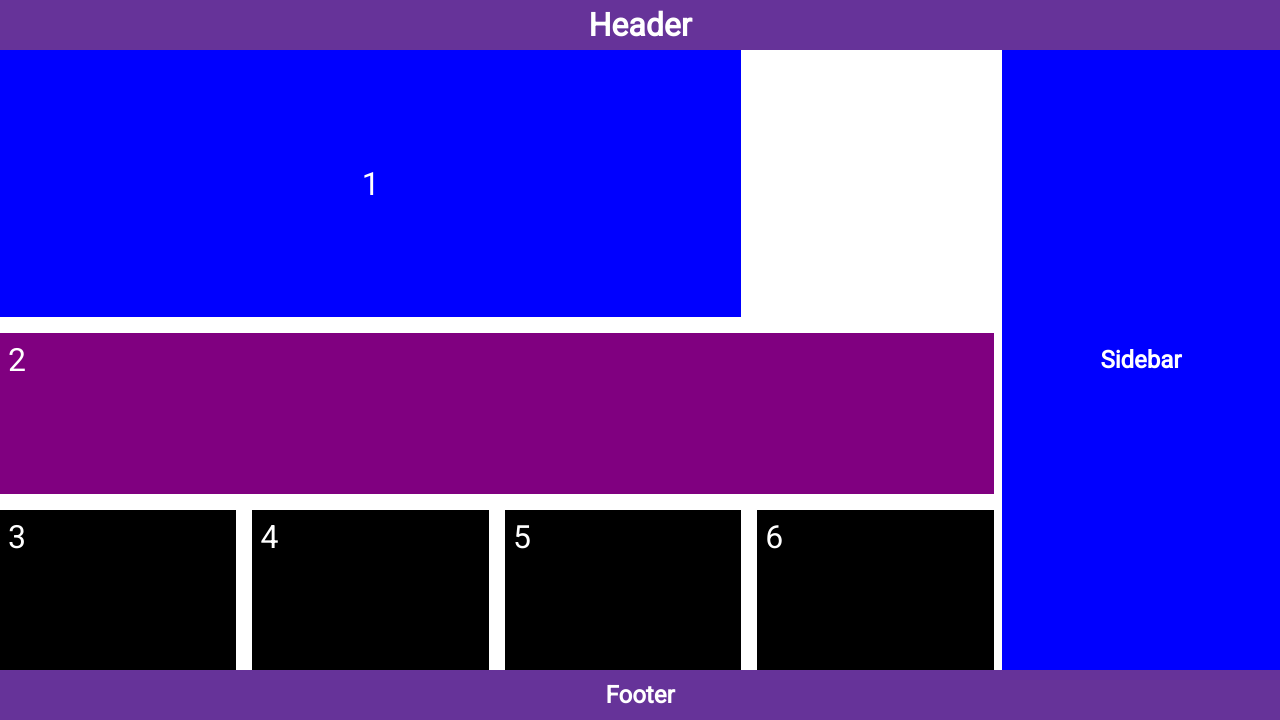
Repository: JavaProgrammerFromEastEurope/project-css-full-tutorial
Page: 15_lesson/index.html
These files come from the project's save history. The page is drawn as it stood at one moment and after the next save; the edit follows.
The browser window is 1280 px wide. The pictures show the whole page.

Above is the page before, as saved 2023-04-07 11:52:04.

### 15_lesson/index.html
<!DOCTYPE html>
<html lang="en">
  <head>
    <meta charset="UTF-8" />
    <meta http-equiv="X-UA-Compatible" content="IE=edge" />
    <meta name="viewport" content="width=device-width, initial-scale=1.0" />
    <title>CSS Grid</title>
    <link rel="stylesheet" href="css/style.css" />
  </head>

  <body>
    <header class="header el"><h1>Header</h1></header>
    <main class="container">
      <div class="box">1</div>
      <div class="box">2</div>
      <div class="box">3</div>
      <div class="box">4</div>
      <div class="box">5</div>
      <div class="box">6</div>
    </main>
    <aside class="sidebar el"><h2>Sidebar</h2></aside>
    <footer class="footer el"><h2>Footer</h2></footer>
  </body>
</html>

### 15_lesson/css/style.css
@import url('https://fonts.googleapis.com/css2?family=Roboto&display=swap');

* {
  margin: 0;
  padding: 0;
  box-sizing: border-box;
}

body {
  font-family: 'Roboto', sans-serif;
  min-height: 100vh;

  display: grid;
  grid-template-columns: repeat(9, 1fr);
  grid-auto-rows: 50px auto 50px;
  grid-template-areas:
    'hd hd hd hd hd hd hd hd hd'
    'mn mn mn mn mn mn mn sb sb'
    'ft ft ft ft ft ft ft ft ft';
  column-gap: 0.5rem;
}

.el {
  background-color: rebeccapurple;
  color: #fff;
  display: grid;
  place-content: center;
}

.header {
  grid-area: hd;
}

.sidebar {
  grid-area: sb;
  background-color: #00f;
}

.footer {
	grid-area: ft;
}

.container {
	grid-area: mn;
	min-height: 400px;
	display: grid;
	grid-template-columns: repeat(2, 1fr 2fr)
	grid-auto-rows: minmax(150px, auto);
	gap: 1rem;
}

.box {
	background-color: #000;
	color: #fff;
	font-size: 2rem;
	padding: 0.5rem;
}

.box:first-child {
	background-color: #00f;
	grid-column: 1 / 4;
	grid-row: 1 / 3;

	display: grid;
	place-content: center;
}

.box:nth-child(2) {
	background-color: purple;
	grid-column: 1 / 5
}

After the next save:
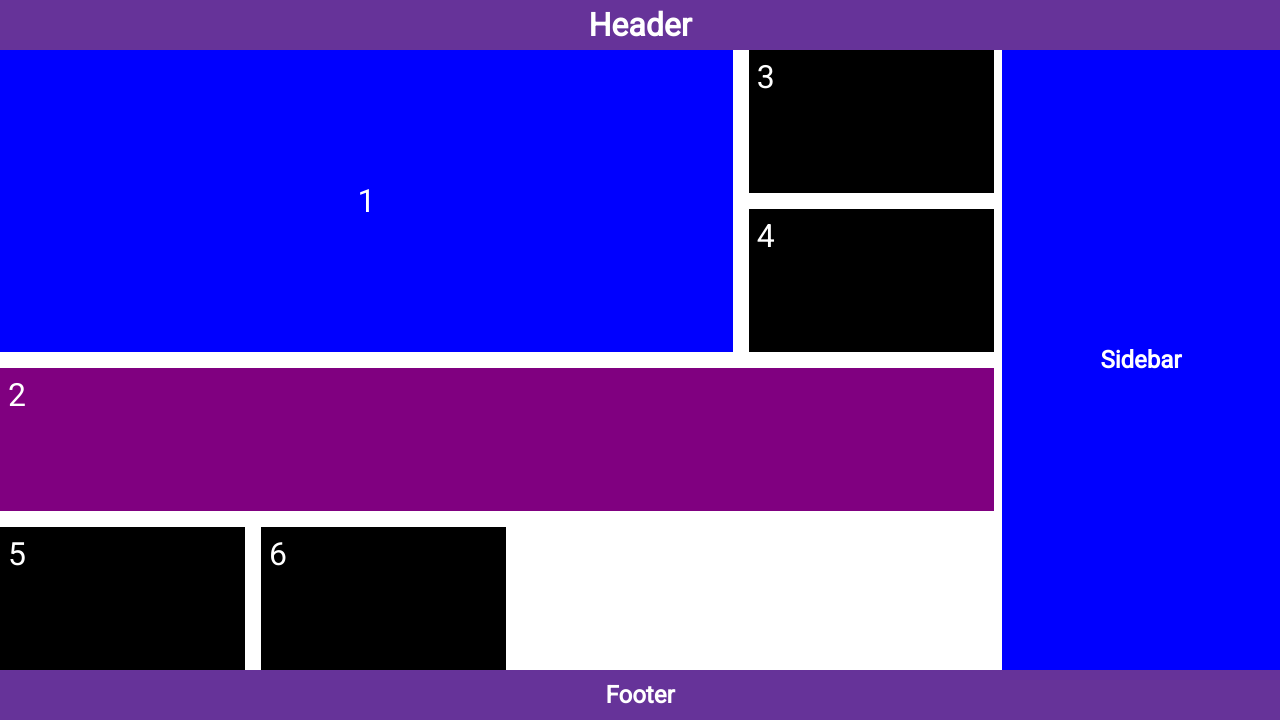
Saved 8 s later.
--- a/15_lesson/css/style.css
+++ b/15_lesson/css/style.css
@@ -67,5 +67,6 @@ body {
 
 .box:nth-child(2) {
 	background-color: purple;
-	grid-column: 1 / 5
+	grid-column: 1 / 5;
+	grid-row: 3 / 4;
 }
